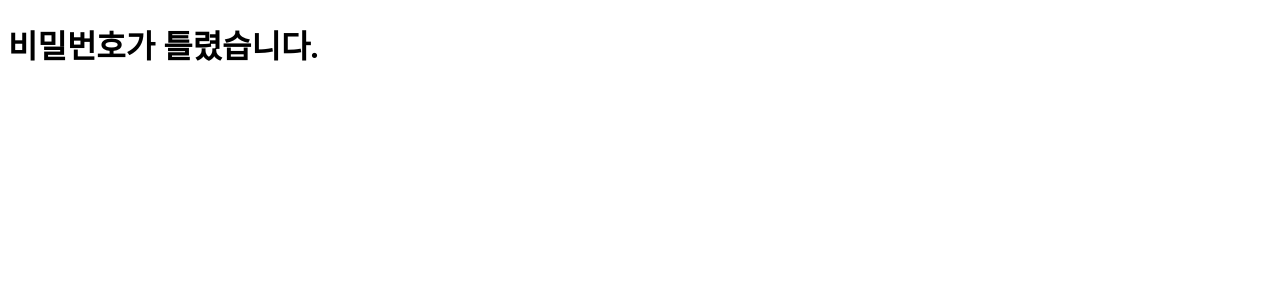
Repository: gowjd4419/jsp
Page: http://localhost/JSPBasic/jspobject/cookie/login_pw_fail.jsp
These files come from the project's save history. The page is drawn as it stood at one moment and after the next save; the edit follows.
The browser window is 1280 px wide. The pictures show the whole page.
The page is served by Tomcat 9.

Above is the page before, as saved 2022-03-29 08:33:42.

After the next save:
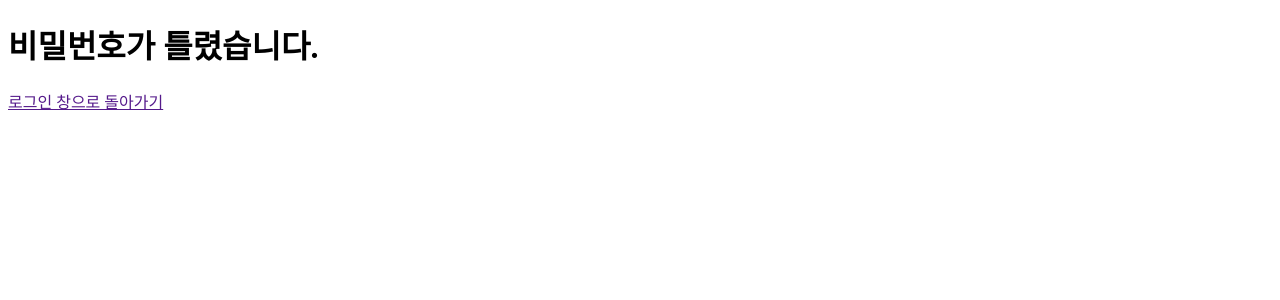
Saved 101 s later.
--- a/JSPBasic/src/main/webapp/jspobject/cookie/login_pw_fail.jsp
+++ b/JSPBasic/src/main/webapp/jspobject/cookie/login_pw_fail.jsp
@@ -8,5 +8,6 @@
 </head>
 <body>
 <h1>비밀번호가 틀렸습니다.</h1>
+<a href="">로그인 창으로 돌아가기</a>
 </body>
 </html>
